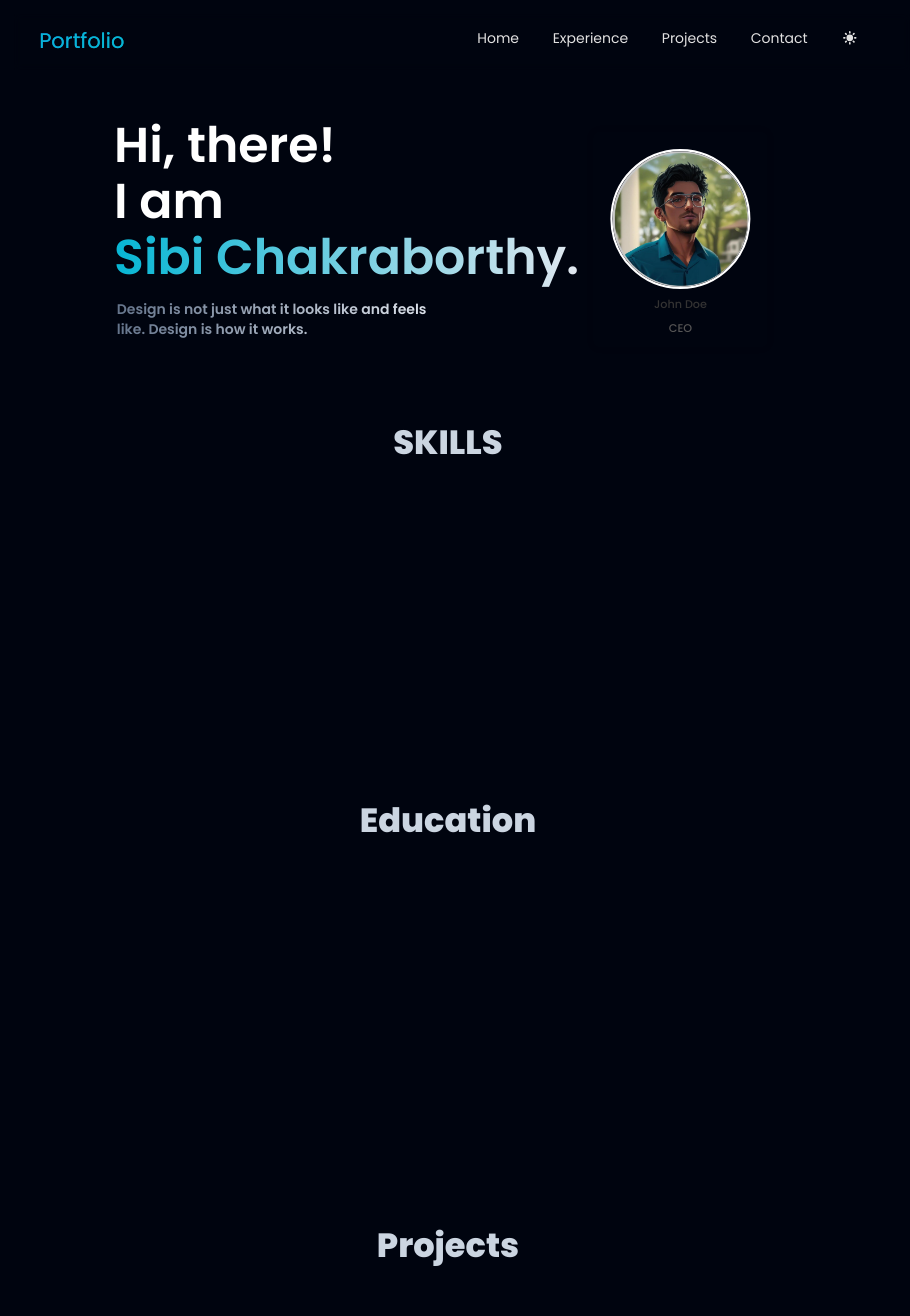
Repository: sibi24sibi/MyPersonalPortfolio
Page: /
These files come from the project's save history. The page is drawn as it stood at one moment and after the next save; the edit follows.
The browser window is 1280 px wide. The page is 1300 px wide, so the pictures cover 1300 px, including what lies to the right of the window. The pictures show the part of the page from y = 0 to 1880 px (the page is 3414 px tall before and 3442 px after), at 70% of full size.
The project was rebuilt for these pictures with package versions that can differ from the ones it lists, and the page was loaded fresh each time. Also part of the build but not shown: vite.config.js, src/components/Menu.jsx, src/components/Footer.jsx.

Above is the page before, as saved 2024-05-03 17:43:22.

### index.html
<!DOCTYPE html>
<html lang="en">

<head>
  <meta charset="UTF-8" />
  <link rel="icon" type="image/svg+xml" href="" />
  <meta name="viewport" content="width=device-width, initial-scale=1 , maximum-scale=1 ,user-scalable=no" />
  <title>
    Personal Portfolio
  </title>
</head>

<body className="darkMode">
  <div id="root" className="px-5 w-screen"></div>
  <script type="module" src="/src/main.jsx"></script>
</body>

</html>

### src/index.css
@import url('https://fonts.googleapis.com/css2?family=Poppins:wght@300;400;500;600;800&display=swap');
@tailwind base;
@tailwind components;
@tailwind utilities;

html {
    @apply overflow-x-hidden scroll-smooth
}

body {

    @apply dark:bg-[#00040f] bg-[#e2e2e2ab]
}

### src/App.jsx
import Navbar from "./components/Navbar";
import About from "./components/About";

import Education from "./components/Education";
import Projects from "./components/Projects";
import Skills from "./components/Skills";

import HashLoader from "react-spinners/HashLoader";
import CTA from "./components/CTA";
import MyEmailLayout from "./components/email";
import Footer from "./components/Footer";


import { useState, useEffect } from "react";

const override = {
  display: "flex",
  justifyContent: "center",
  alignItems: "center",
  marginTop: "5rem",
  borderColor: "red",
};

const App = () => {
  const [loading, setLoading] = useState(true);

  useEffect(() => {
    setLoading(true);
    setTimeout(() => {
      setLoading(false);
    }, 3000);
  }, []);
  return (
    <>
      {loading ? (
        <div className="flex h-screen w-screen justify-center items-center bg-[#00040f] ">
          <HashLoader
            color="#0891b2"
            loading={loading}
            cssOverride={override}
            size={90}
            aria-label="Loading Spinner"
            data-testid="loader"
          />
        </div>
      ) : (
        <div className=" flex flex-col justify-center items-center">
          <Navbar></Navbar>
          <About></About>
          <Skills></Skills>
          <Education></Education>
          <Projects></Projects>
          <CTA></CTA>
          <MyEmailLayout></MyEmailLayout>
          {/* <Footer></Footer> */}
        </div>
      )}
    </>
  );
};
export default App;

### src/components/Navbar.jsx
import { CgMenuRightAlt } from "react-icons/cg";
import { HiSun, HiMoon } from "react-icons/hi";
import { useState, useEffect } from "react";
import Menu from "./Menu";

const Navbar = () => {
  const [nav, setNav] = useState(false);

  const [theme, setTheme] = useState("light");

  useEffect(() => {
    if (theme === "dark") {
      document.documentElement.classList.remove("dark");
    } else {
      document.documentElement.classList.add("dark");
    }
  }, [theme]);

  const handleTheme = () => {
    setTheme(theme === "dark" ? "light" : "dark");
  };

  return (
    <>
      <section className="NAVBAR sticky top-0 backdrop-blur-[5px] z-10 pt-5  translate-x-[20px] min-w-full mt-5 font-['Poppins']  max-sm:p-2 max-sm:mx-1 max-sm:max-h-[48px] ">
        <div className="flex  justify-between capitalize md:ml-9 sm:ml-2">
          <div className="LOGO ">
            <a
              href="#"
              className="text-3xl bg-gradient-to-r from-blue-600 to-cyan-600 bg-clip-text text-transparent dark:text-cyan-500 max-sm:text-2xl"
            >
              {"Portfolio"}
            </a>
          </div>
          <div className="NAVLINKS min-w-full pr-9 text-[20px] translate-x-[-160px]  max-sm:hidden flex justify-end gap-12 text-[#00040f] dark:text-[#e1e1e1] ">
            <a href="#about" className=" hover:text-cyan-500">
              Home
            </a>
            <a href="#experience" className="hover:text-cyan-500">
              Experience
            </a>
            {/* <a href="#education" className="hover:text-cyan-500 ">
              Education
            </a> */}
            <a href="#projects" className="hover:text-cyan-500 ">
              Projects
            </a>
            <a href="#contact" className="hover:text-cyan-500 ">
              Contact
            </a>

            <button onClick={handleTheme}>
              {theme === "dark" ? (
                <HiMoon className="-translate-y-1 text-2xl" />
              ) : (
                <HiSun className="-translate-y-1 text-2xl" />
              )}
            </button>

            </div>
            </div>
          <button onClick={() => setNav(!nav)}>
            <CgMenuRightAlt className="hidden max-sm:block mr-5   absolute top-2  right-10 md:transform-none text-[#00040f] dark:text-[#e1e1e1] text-[32px]" />
          </button>


        {nav && <Menu />}

      </section>



    </>
  );
};
export default Navbar;

### src/components/About.jsx
import Lottie from "lottie-react";
import computer from "../assets/lottie/computer.json";
import Profile from "../assets/Profile.jpg";
import "./about-style.css";

const About = () => {
  return (
    <>
      <section
        id="about"
        className="p-5 mx-2 mb-10 font-medium font-['Poppins'] max-w-6xl max-sm:p-2 max-sm:mx-5"
      >
        <div className="WRAPPER mt-12 flex justify-between max-sm:flex-col gap-35">
        <div className="INTRO text-[70px] leading-[80px] font-semibold max-sm:text-[40px] max-sm:leading-[70px] max-sm:font-semibold">
            <h3 className="text-[#00040f] dark:text-white">
              Hi, there! <br />I am
            </h3>
            <span className="bg-clip-text text-transparent bg-gradient-to-r  from-blue-600 to-cyan-600 dark:from-cyan-500 dark:to-slate-200">
             Sibi Chakraborthy.

            </span>

            <p className="ABOUT h-[100px] text-xl max-sm:text-[15px] bg-clip-text text-transparent  bg-gradient-to-r  from-[#00040f] to-slate-500 dark:from-slate-500 dark:to-slate-200 max-w-[470px] mt-5 pl-1">
            Design is not just what it looks like and feels like. Design is how it works.
            </p>
          </div>
        <div className="div">



        <div className="team-member">
            <img src={Profile} alt="Profile"/>
            <h3>John Doe</h3>
            <p>CEO</p>
        </div>



        </div>
        </div>
      </section>
    </>
  );
};
export default About;

### src/components/Education.jsx
import Lottie from "lottie-react";
import education from "../assets/lottie/education.json";
import SAEC from "../assets/SAEC.png";
import AOS from "aos";

import { useEffect } from "react";

const Education = () => {
  useEffect(() => {
    AOS.init();
  }, []);
  return (
    <section
      id="education"
      className="EXPERIENCE max-w-6xl p-5 mx-20 mb-25 font-['Poppins']  max-sm:p-2 max-sm:mx-5"
    >
      <div className="WRAPPER mt-10">
        <h1 className="text-[#00040f] dark:text-slate-300 text-center font-extrabold text-5xl mb-5 max-sm:text-4xl   ">
          Education
        </h1>

        <div
          className="EDUCATION flex gap-7 justify-between flex-row-reverse max-sm:flex-col"
          data-aos="fade-right"
        >
          <div className="max-w-[520px] mt-[52px] p-7 max-sm:p-3">
            <div className="flex gap-5">
              <img
                src={SAEC}
                alt="SAEC"
                className="w-[150px] h-[100px]"
              />
              <h1 className="bg-clip-text text-transparent bg-gradient-to-r max-sm:text-[17px] from-amber-500 via-orange-600 to-yellow-500 dark:from-[#ff6600] dark:to-slate-100 font-semibold text-2xl w-[300px] h-[100px] tracking-wider ">
                Syed Ammal engineering college
              </h1>
            </div>

            <div className="mt-7 flex flex-col gap-5 text-left pl-4">
              <h3 className="capitalize  text-slate-800 dark:text-slate-300 text-xl max-sm:text-lg">
                Bachelor of technology
              </h3>
              <p className="italic capitalize text-gray-500 dark:text-slate-500 text-xl max-sm:text-lg leading-9">
                November 2020 - May 2024
              </p>

              <p className="capitalize text-gray-500 dark:text-slate-500 text-xl max-sm:text-lg leading-9">
                Computer Science and Engineering
              </p>
            </div>
          </div>
          <Lottie
            animationData={education}
            loop={true}
            className="max-w-[500px]"
          />
        </div>
      </div>
    </section>
  );
};
export default Education;

### src/components/Skills.jsx
import {
  HTML,
  CSS,
  Github,
  Git,
  Vite,
  TailwindCSS,
  react,
  Python,
  Javascript,
  CPP,
  C,
  Vue,
  nodejs
} from "../constants/Constant";

import AOS from "aos";
import "aos/dist/aos.css";
import { useEffect } from "react";
import Image from "./Img_prop";

const Skills = () => {
  useEffect(() => {
    AOS.init();
  }, []);
  return (
    <>
      <section className="EXPERIENCE p-5  mb-10 max-w-6xl  font-['Poppins']  max-sm:p-2 max-sm:mx-5">
        <div>
        <h1 className="text-[#00040f] dark:text-slate-300 font-extrabold text-5xl text-center max-sm:text-4xl ">
          SKILLS
        </h1>
        </div>
        <div
          className=" grid place-content-start  grid-cols-3 gap-4 max-sm:p-2 mt-10"
          data-aos="zoom-out-up"
        >
          <Image img={HTML}></Image>
          <Image img={CSS}></Image>
          <Image img={Javascript}></Image>
          <Image img={react}></Image>
          <Image img={TailwindCSS}></Image>
          {/* <Image img={Vue}></Image>
          <Image img={CPP}></Image>
          <Image img={C}></Image> */}
          <Image img={Python}></Image>
          {/* <Image img={Vite}></Image> */}
          <Image img={Git}></Image>
          <Image img={Github}></Image>
          <Image img={nodejs}></Image>
        </div>
      </section>
    </>
  );
};
export default Skills;

### src/components/CTA.jsx
function CTA() {
  const resumeLink = "/Sibi-Chakraborthy-V.pdf";
  return (
    <div id="resume" className="pt-36 max-w-6xl resume relative w-full flex justify-center ">

      <div className="pt-14 mx-20 pb-40">
        <h2 className="text-4xl md:text-5xl max-sm:text-[35px] max-sm:leading-[60px] font-bold mb-10 text-[#00040f] dark:text-white text-center">
          Need to know about me more
        </h2>
        <div className="flex justify-center ">
        <a
          href={resumeLink}
          className="cursor-pointer font-bold whitespace-nowrap
        mt-6 px-8 py-3 dark:text-[#e1e1e1] border-2 rounded-full border-[#808080]  bg-bg hover:bg-fun-pink hover:border-fun-pink transition-colors inline-flex items-center"
        >
          <svg class="fill-current w-4 h-4 mr-2" xmlns="http://www.w3.org/2000/svg" viewBox="0 0 20 20"><path d="M13 8V2H7v6H2l8 8 8-8h-5zM0 18h20v2H0v-2z"/></svg>
          <span>Resume</span>

        </a>

        </div>
      </div>


    </div>
  );
}

export default CTA;

### src/components/email.jsx
import React, { useRef, useEffect } from "react";
import emailjs from '@emailjs/browser';



const MyEmailLayout = () => {
  const form = useRef();

  useEffect(() => {
    // Initialize emailjs
    emailjs.init('-fw29uVaf1UZJqOVT');
  }, []);

  const sendEmail = (e) => {
    e.preventDefault();

    emailjs

      .sendForm('service_hgvjibu', 'template_f9rmzk9', form.current)
      .then(
        () => {
          alert('Email sent successfully!');
        },
        (error) => {
          alert('Failed to send email. Please try again later.');
          console.error('Email Error:', error);
        }
      );
  };

  return (
    <div   className="mb-20 max-w-6xl" id="contact">

      <div className=" mx-10 max-sm:mx-5 ">
      <div className="div">
      <h1 className="text-2xl dark:text-[#e1e1e1] font-bold mb-4 ">SEND ME A EMAIL</h1>
      </div>
      <form ref={form} onSubmit={sendEmail}>
        <div className="grid  grid-cols-2 gap-4 flex justify-center">
          <div>
            <label htmlFor="name" className="dark:text-[#e1e1e1]">Name</label>
            <input
              type="text"
              id="name"
              name="user_name"
              className="px-3 py-2 placeholder-gray-400 text-gray-600 relative dark:bg-slate-300 bg-stone-300 rounded text-sm border-0 shadow outline-none focus:outline-none focus:ring  w-full"
            />
          </div>
          <div>
            <label htmlFor="email" className="dark:text-[#e1e1e1]">Email</label>
            <input
              type="email"
              id="email"
              name="user_email"
              className="px-3 py-2 placeholder-gray-400 text-gray-600 relative dark:bg-slate-300 bg-stone-300 rounded text-sm border-0 shadow outline-none focus:outline-none focus:ring w-full"
            />
          </div>
        </div>
        <label htmlFor="message" className="dark:text-[#e1e1e1]">Message</label>
        <textarea
          placeholder=""
          name="message"
          className="px-3 py-2 placeholder-gray-400 text-gray-600 relative dark:bg-slate-300 bg-stone-300 rounded text-sm border-0 shadow outline-none focus:outline-none focus:ring h-40 w-full "
        ></textarea>
        <button
          type="submit"
          className="bg-blue-500 rounded-full text-white px-4 py-2 mt-4 float-right"
          value="Send"
        >
          Send Email
        </button>
      </form>
      </div>
    </div>
  );
};

export default MyEmailLayout;

### src/components/about-style.css


.team-member {
    text-align: center;
    margin: 20px;
  /*  background-color: #fff;  White background for each team member */
    padding: 15px; /* Add padding for better visual appeal */
    border-radius: 10px; /* Add rounded corners */
    box-shadow: 0 0 10px rgba(0, 0, 0, 0.1); /* Add a subtle box shadow */
}

.team-member img {
    width: 200px;
    height: 200px;
    border-radius: 50%;
    object-fit: cover;
    margin: 10px;

/* Additional styling for the image */
border: 3px solid #fff; /* Add a white border around the image */
 transition: transform 0.3s ease-in-out; /*  Add a smooth transition effect  */

/* Hover effect: Scale the image slightly on hover */
/* cursor: pointer; */
}

/* Add a hover effect for better user interaction */
.team-member img:hover {
transform: scale(1.1);
}


.team-member h3 {
    margin: 10px 0;
    color: #333; /* Darken the text color */
}

.team-member p {
    color: #555;
}

### src/components/Project_prop.jsx
/* eslint-disable react/prop-types */

import "./proj_style.css";


const Project_prop = (props) => {
  return (
    <>



      <div className="card bg-blue-100 dark:bg-sky-950 rounded-lg shadow-lg aspect-w-16 aspect-h-9 ">
        <h3
        className="title capitalize font-bold h-20 text-slate-800 dark:text-slate-300 text-xl max-sm:text-lg m-5 text-center"
        >
          {props.title}
        </h3>
            <div className="bar h-1 min-w-40 dark:bg-gray-800  bg-slate-600  mx-5"></div>
        <div className="flex gap-1 ml-3 mt-3 ">
                {props.react}
                {props.vite}
                {props.html5}
                {props.css3}
                {props.php}
                {props.mysql}
                {props.javascript}
                {props.tailwindcss}
                {props.laravel}
                {props.bootstrap}
                {props.wordpress}

        </div>
        <p className="dark:text-slate-500 mt-2 text-sm px-5  select-none">
          {props.para}
        </p>
      </div>




    </>
  );
};
export default Project_prop;

### src/constants/Constant.jsx
import C from "../assets/C.png";
import CPP from "../assets/CPP.png";
import HTML from "../assets/HTML.png";
import Github from "../assets/Github.png";
import CSS from "../assets/CSS.png";
import Python from "../assets/Python.png";
import Javascript from "../assets/Javascript.png";
import Git from "../assets/Git.png";
import Vite from "../assets/Vite.png";
import TailwindCSS from "../assets/TailwindCSS.png";
import react from "../assets/react.png";
import Vue from "../assets/vue.png";
import nodejs from "../assets/nodejs.png";

import Hackthechain from "../assets/HackTheChainLogo.png";
import GSSOC from "../assets/GSSoc.jpg";
import IITB from "../assets/IITB.png";
import Sports from "../assets/Sports_Club.png";
import IIITians from "../assets/IIITians_Network.png";
import GDSC from "../assets/GDSC.png";
import KDE from "../assets/kde.png";
import Oppia from "../assets/oppia.png";

import GPT4 from "../assets/gpt4.jpg";
import Portfolio from "../assets/portfolio.jpg";
import Rocket from "../assets/Rocket.jpg";
import Game from "../assets/Stone.jpg";
import WellBeing from "../assets/well-being.jpg";

export {
  C,
  CPP,
  HTML,
  CSS,
  Github,
  Git,
  Vite,
  TailwindCSS,
  react ,
  Python,
  Javascript,
  Vue,
  Hackthechain,
  GSSOC,
  IITB,
  Sports,
  IIITians,
  GPT4,
  Portfolio,
  Rocket,
  WellBeing,
  Game,
  GDSC,
  KDE,
  nodejs,
  Oppia,
};

### src/components/Img_prop.jsx
const Img_prop = ({ img }) => {
  return (
    <>
      <div className="mr-60 w-[100px] max-sm:w-[75px] h-[100px] max-sm:h-[75px] shadow-xl shadow-slate-300 dark:shadow-lg dark:shadow-blue-500/50 bg-gradient-to-bl from-[#ccc] to-[#eee] dark:from-[#051937] dark:to-[#222] rounded-full place-content-center grid translate-x-[100px] max-sm:translate-x-1">
        <img src={img} alt="html" className="max-sm:h-[45px] h-[55px] " />
      </div>
    </>
  );
};
export default Img_prop;

### src/components/proj_style.css



  .card {
    position: relative;
    left: 0px;
    width: 200px;
    height: fit-content;
    min-height: 320px;
    padding-bottom: 10px;
  }

  .card:not(:first-child) {
      margin-left: -50px;
  }

  .card:hover {
    transform: translateY(-20px);
    transition: 0.4s ease-out;
  }

  .card:hover ~ .card {
    position: relative;
    left: 50px;
    transition: 0.4s ease-out;
  }

@media only screen and (max-width: 600px) {
  .card {
    position:unset;
    left:unset;
    padding-bottom:unset;
    margin: 10px;;
    padding-bottom:unset;
  }
  .card:hover {
    transform:unset ;
    transition:unset;
    margin-left:unset;
  }
  .card:not(:first-child) {
    margin-left:10px;

  }
  .card:hover ~ .card {
    position:unset;
    left:unset;
    transition:unset;
  }
}

Loaded but not shown: src/main.jsx (common file); src/assets/lottie/computer.json (common file); src/assets/lottie/Education.json (common file); tailwind.config.js (common file); src/components/Projects.jsx (189 lines, source omitted)

After the next save:
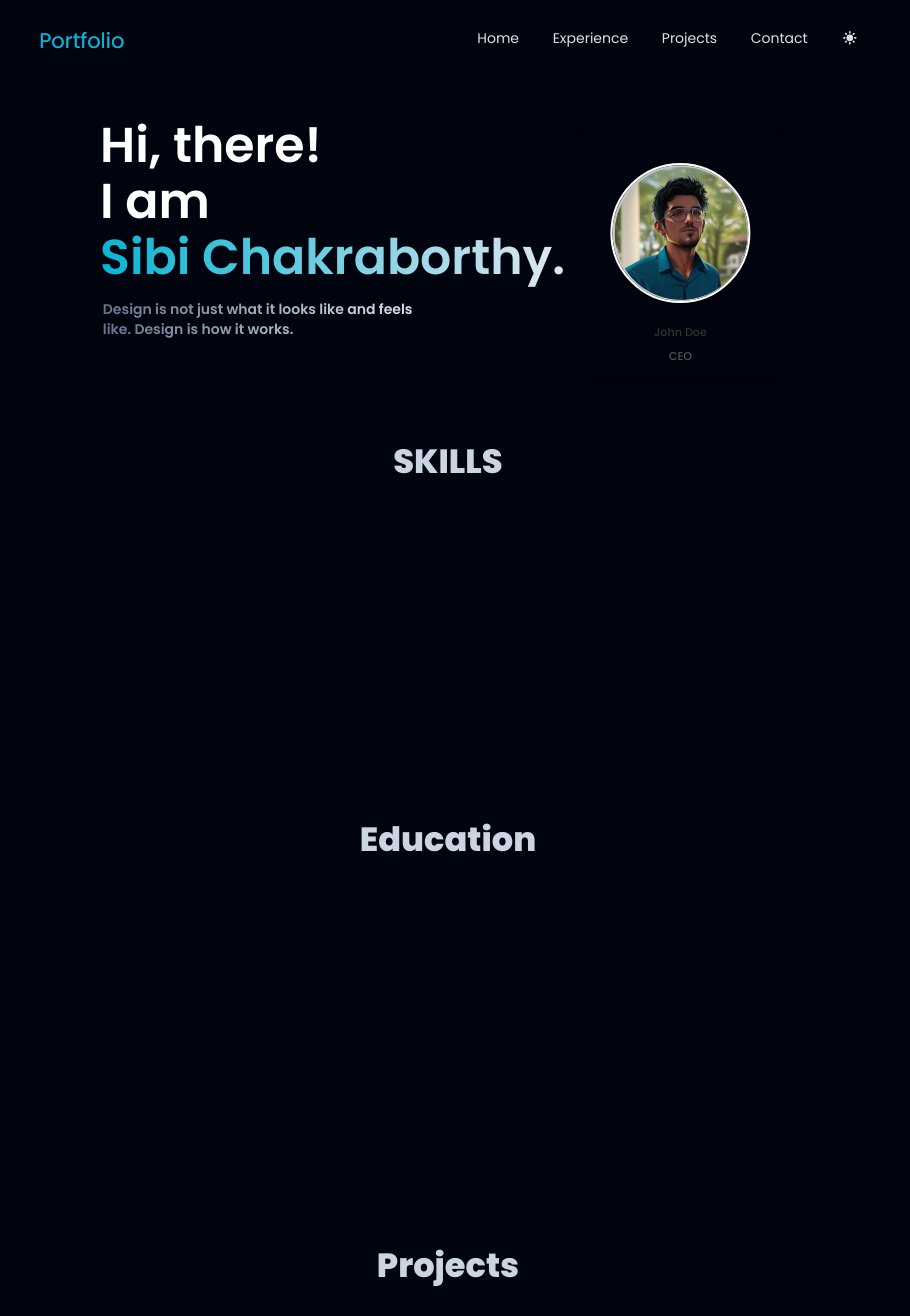
Saved 28 s later.
--- a/src/components/about-style.css
+++ b/src/components/about-style.css
@@ -14,7 +14,7 @@
     height: 200px;
     border-radius: 50%;
     object-fit: cover;
-    margin: 10px;
+    margin: 30px;
 
 /* Additional styling for the image */
 border: 3px solid #fff; /* Add a white border around the image */
